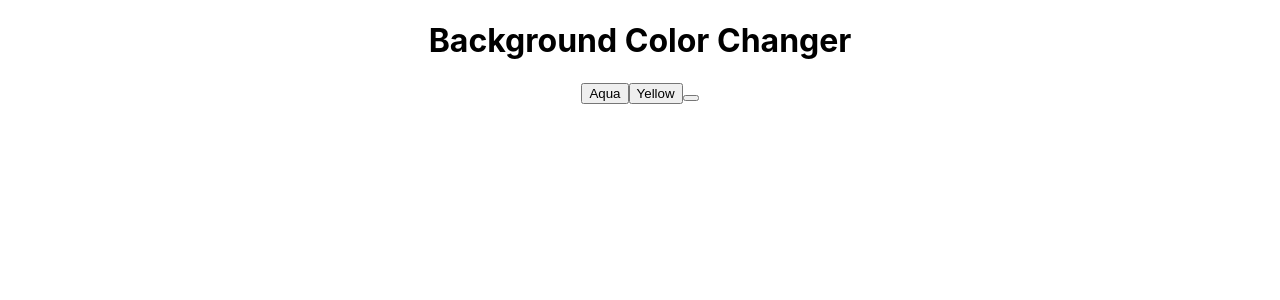
Repository: Jay1161/FSWD
Page: / (app in Week-12/frontend/cookies/)
An editor plug-in stored every save of this project. The page is shown before and after a run of saves, followed by the edit.
The browser window is 1280 px wide. The pictures show the whole page.
The project was rebuilt for these pictures with package versions that can differ from the ones it lists, and the page was loaded fresh each time.

Above is the page before, as saved 2023-09-27 18:48:21.

### Week-12/frontend/cookies/src/index.js
import React from 'react';
import ReactDOM from 'react-dom/client';
import './index.css';
import reportWebVitals from './reportWebVitals';
//import App from './App';
import Cookies from './cookies';

const root = ReactDOM.createRoot(document.getElementById('root'));
root.render(
  <React.StrictMode>
    <Cookies />
  </React.StrictMode>
);

// If you want to start measuring performance in your app, pass a function
// to log results (for example: reportWebVitals(console.log))
// or send to an analytics endpoint. Learn more: https://bit.ly/CRA-vitals
reportWebVitals();

### Week-12/frontend/cookies/src/cookies.jsx
import React, { useState, useEffect } from 'react';
import './App.css';

function Cookies() {
  const [backgroundColor, setBackgroundColor] = useState('');

  useEffect(() => {
    // Retrieve the backgroundColor cookie when the component mounts
    const savedBackgroundColor = getCookie('backgroundColor');
    if (savedBackgroundColor) {
      setBackgroundColor(savedBackgroundColor);
    }
  }, []);

  // Function to set the backgroundColor cookie on button click
  const setCookieAndBackgroundColor = (color) => {
    document.body.style.backgroundColor = color;
    document.cookie = `backgroundColor=${color}`;
    setBackgroundColor(color);
  };

  // Function to retrieve a cookie by name
  const getCookie = (name) => {
    const cookies = document.cookie.split(';');
    for (const cookie of cookies) {
      const [cookieName, cookieValue] = cookie.trim().split('=');
      if (cookieName === name) {
        return cookieValue;
      }
    }
    return null;
  };

  return (
    <div className="App">
      <h1>Background Color Changer</h1>
      <button onClick={() => setCookieAndBackgroundColor('#84FFFF')}>Aqua</button>
      <button onClick={() => setCookieAndBackgroundColor('#F4FF81')}>Yellow</button>
      <button onClick={() => setCookieAndBackgroundColor('lightpink')}></button>
    </div>
  );
}

export default Cookies;

Loaded but not shown: Week-12/frontend/cookies/public/index.html (common file); Week-12/frontend/cookies/src/index.css (common file); Week-12/frontend/cookies/src/reportWebVitals.js (common file); Week-12/frontend/cookies/src/App.css (common file)

After the next 2 saves:
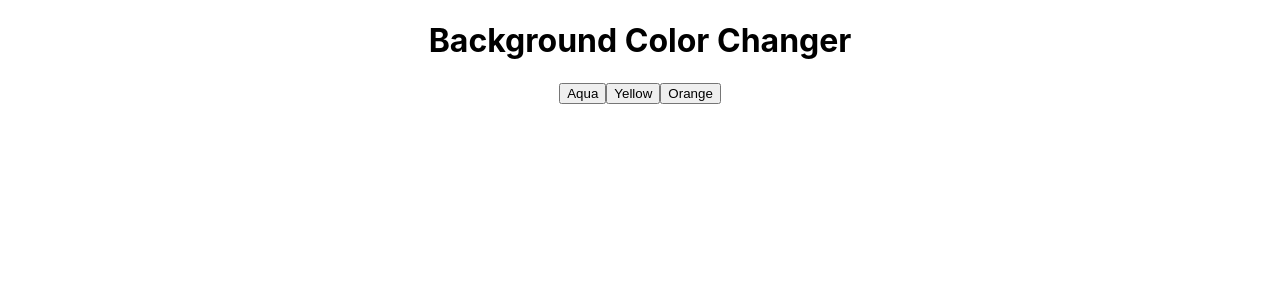
The 2 saves are shown as one change because they came seconds apart.
The last was saved 11 s later.
--- a/Week-12/frontend/cookies/src/cookies.jsx
+++ b/Week-12/frontend/cookies/src/cookies.jsx
@@ -36,7 +36,7 @@ function Cookies() {
       <h1>Background Color Changer</h1>
       <button onClick={() => setCookieAndBackgroundColor('#84FFFF')}>Aqua</button>
       <button onClick={() => setCookieAndBackgroundColor('#F4FF81')}>Yellow</button>
-      <button onClick={() => setCookieAndBackgroundColor('lightpink')}></button>
+      <button onClick={() => setCookieAndBackgroundColor('#EF6C00')}>Orange</button>
     </div>
   );
 }
